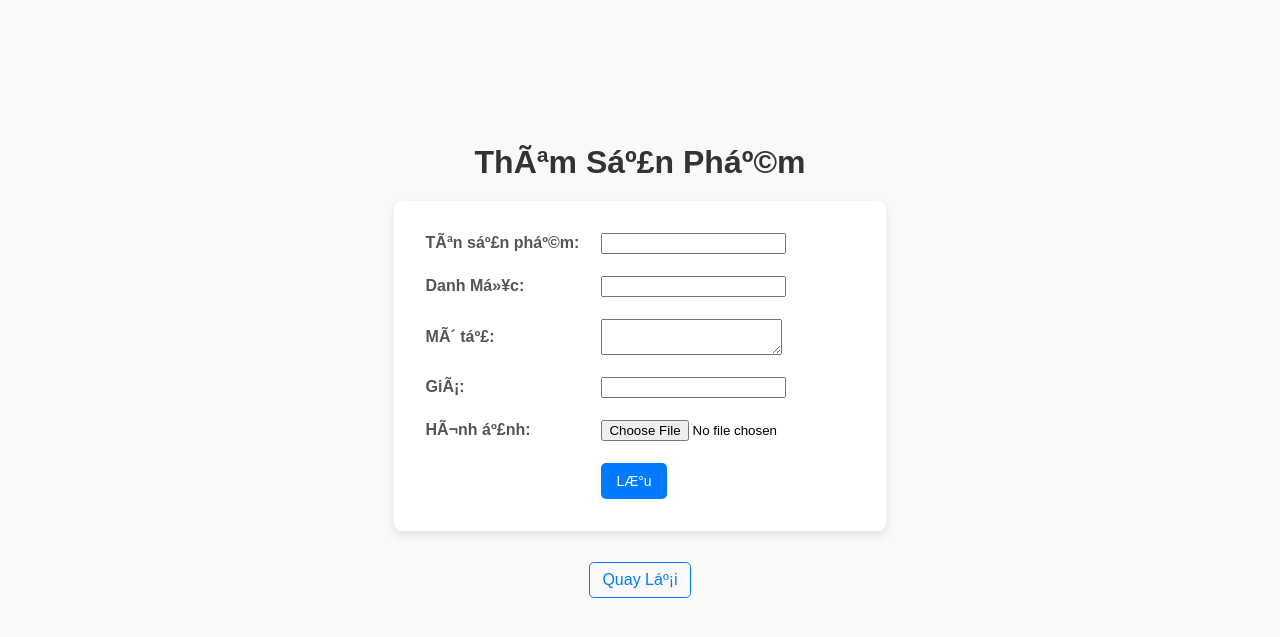
Repository: kazela2/K22CNT2_LeHoangLong_2210900037_project3
Page: http://localhost/K22CNT2-LeHoangLong-2210900037/WEB-INF/views/addsanpham.jsp
An editor plug-in stored every save of this project. The page is shown before and after the next save, followed by the edit.
The browser window is 1280 px wide. The pictures show the whole page.
The page is served by Tomcat 9. Nobody is signed in. The template is opened directly, without the code that normally fills it, so the values that code supplies are empty.

Above is the page before, as saved 2025-03-01 03:57:36.

After the next save:
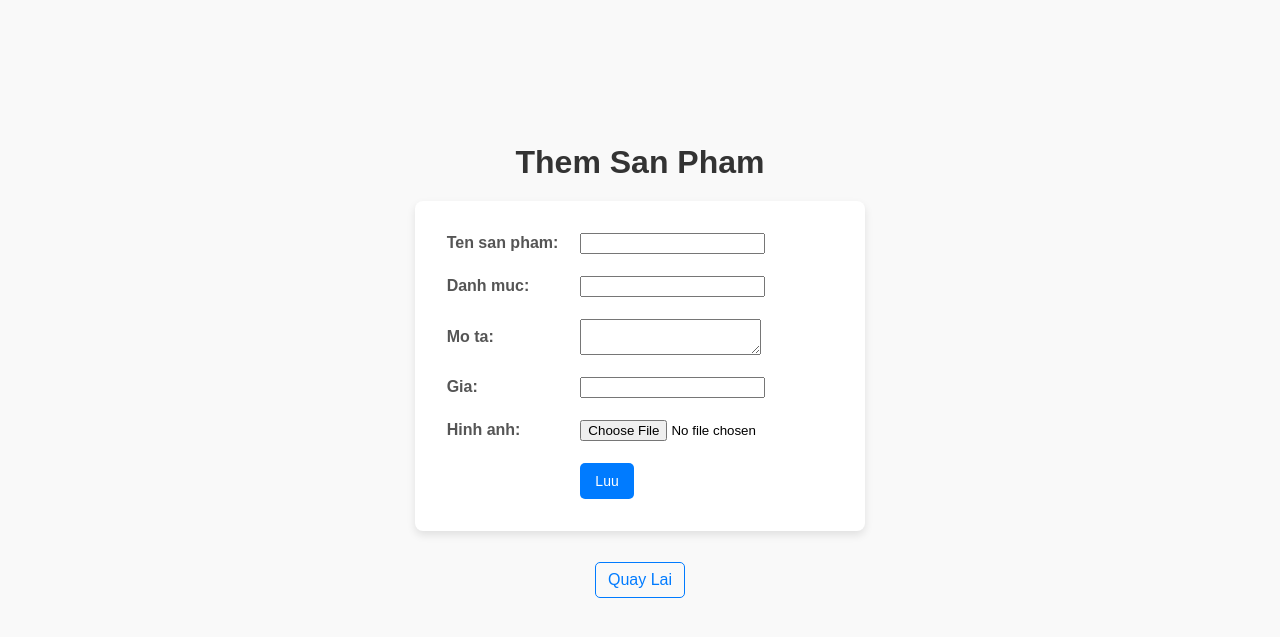
Saved 19 s later.
--- a/Eclipse/K22CNT2-LeHoangLong-2210900037/src/main/webapp/WEB-INF/views/addsanpham.jsp
+++ b/Eclipse/K22CNT2-LeHoangLong-2210900037/src/main/webapp/WEB-INF/views/addsanpham.jsp
@@ -80,35 +80,35 @@ a:hover {
 }
 </style>
 
-<h1>Thêm Sản Phẩm</h1>
+<h1>Them San Pham</h1>
 
 <form:form method="POST" action="them" modelAttribute="user" enctype="multipart/form-data">
     <table>
         <tr>
-            <td>Tên sản phẩm:</td>
+            <td>Ten san pham:</td>
             <td><form:input path="lhl_tensp" /></td>
         </tr>
         <tr>
-            <td>Danh Mục:</td>
+            <td>Danh muc:</td>
             <td><form:input path="lhl_danhmuc" /></td>
         </tr>
         <tr>
-            <td>Mô tả:</td>
+            <td>Mo ta:</td>
             <td><form:textarea path="lhl_mota" /></td>
         </tr>
         <tr>
-            <td>Giá:</td>
+            <td>Gia:</td>
             <td><form:input path="lhl_gia" type="number" /></td>
         </tr>
         <tr>
-            <td>Hình ảnh:</td>
+            <td>Hinh anh:</td>
             <td><input type="file" name="file" /></td>
         </tr>
         <tr>
             <td></td>
-            <td><input type="submit" value="Lưu" /></td>
+            <td><input type="submit" value="Luu" /></td>
         </tr>
     </table>
 </form:form>
 
-<a href="viewsanpham">Quay Lại</a>
+<a href="viewsanpham">Quay Lai</a>
